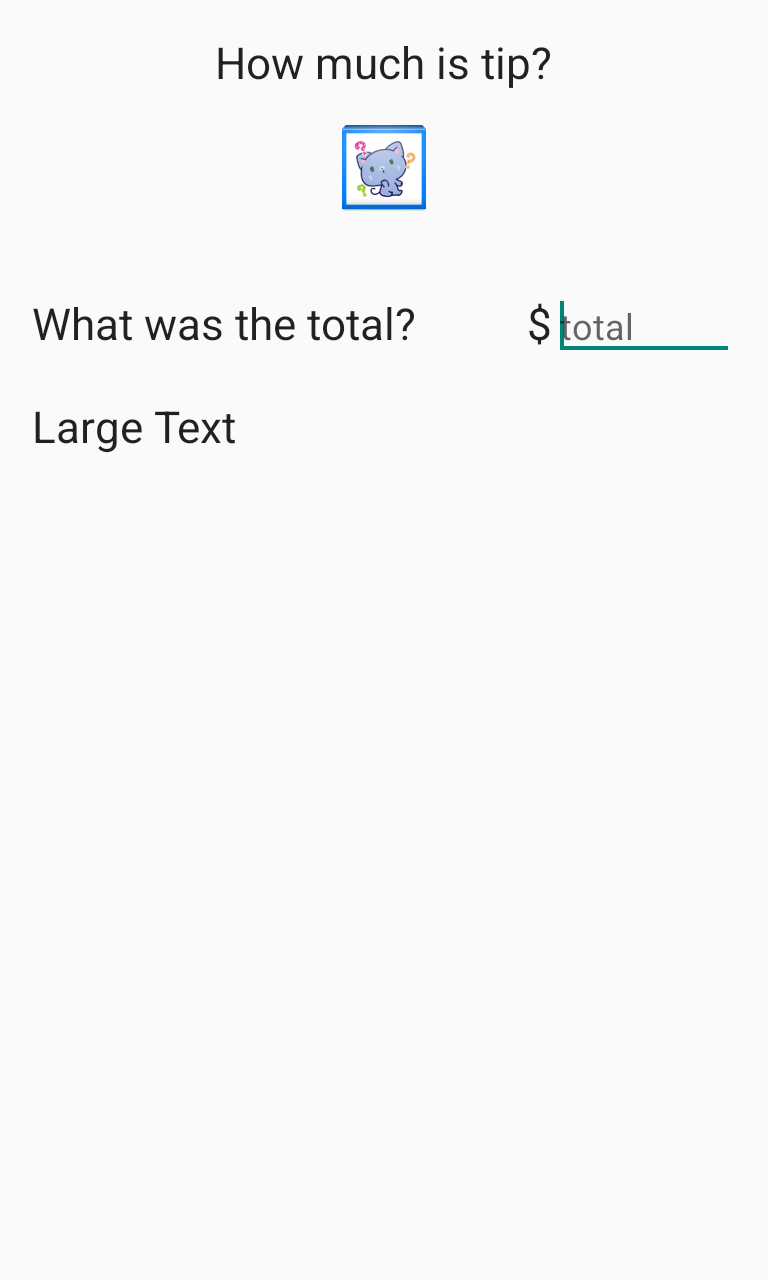
Repository: any027/BillHelper
Layout: BillHelper/res/layout/how_much_tip.xml
These files come from the project's save history. The layout is drawn as it stood at one moment and after the next save; the edit follows.
It is drawn on a 768 x 1280 px phone screen (xhdpi) without system bars, with theme AppTheme; the app's code is not run.

Above is the layout before, as saved 2015-06-29 08:40:41.

### BillHelper/res/layout/how_much_tip.xml

<RelativeLayout xmlns:android="http://schemas.android.com/apk/res/android"
    xmlns:tools="http://schemas.android.com/tools"
    android:layout_width="match_parent"
    android:layout_height="match_parent"
    android:paddingBottom="@dimen/activity_vertical_margin"
    android:paddingLeft="@dimen/activity_horizontal_margin"
    android:paddingRight="@dimen/activity_horizontal_margin"
    android:paddingTop="@dimen/activity_vertical_margin"
    tools:context="com.example.billhelper.MainActivity$PlaceholderFragment" >

    <TextView
        android:id="@+id/howMuchTitle"
        android:layout_width="wrap_content"
        android:layout_height="wrap_content"
        android:layout_centerHorizontal="true"
        android:text="@string/do_i_tip"
        android:textAppearance="?android:attr/textAppearanceLarge" />

    <ImageView
        android:id="@+id/how_much_pic"
        android:layout_width="wrap_content"
        android:layout_height="wrap_content"
        android:layout_below="@+id/howMuchTitle"
        android:layout_centerHorizontal="true"
        android:layout_marginTop="14dp"
        android:src="@drawable/how_much_tip" />

    <EditText
        android:id="@+id/how_much_total"
        android:layout_width="wrap_content"
        android:layout_height="wrap_content"
        android:layout_below="@+id/how_much_pic"
        android:layout_marginTop="33dp"
        android:layout_toRightOf="@+id/howMuchTitle"
        android:ems="10"
        android:hint="total"
        android:inputType="numberDecimal" >

        <requestFocus />
    </EditText>

    <TextView
        android:id="@+id/textView1"
        android:layout_width="wrap_content"
        android:layout_height="wrap_content"
        android:layout_alignBaseline="@+id/how_much_total"
        android:layout_alignBottom="@+id/how_much_total"
        android:layout_toLeftOf="@+id/how_much_total"
        android:text="$"
        android:textAppearance="?android:attr/textAppearanceLarge" />

    <TextView
        android:id="@+id/billQuestion"
        android:layout_width="wrap_content"
        android:layout_height="wrap_content"
        android:layout_alignBaseline="@+id/textView1"
        android:layout_alignBottom="@+id/textView1"
        android:layout_alignParentLeft="true"
        android:text="@string/bill_total"
        android:textAppearance="?android:attr/textAppearanceLarge" />

    <TextView
        android:id="@+id/textView2"
        android:layout_width="wrap_content"
        android:layout_height="wrap_content"
        android:layout_alignLeft="@+id/billQuestion"
        android:layout_below="@+id/how_much_total"
        android:layout_marginTop="16dp"
        android:text="Large Text"
        android:textAppearance="?android:attr/textAppearanceLarge" />

</RelativeLayout>

### BillHelper/res/values/strings.xml
<?xml version="1.0" encoding="utf-8"?>
<resources>

    <string name="app_name">Bill helper</string>
    <string name="title_section1">Home Screen</string>
    <string name="title_section2">How much do I tip?</string>
    <string name="title_section3">How much did I tip?</string>
    <string name="title_section4">I want to split the Bill</string>
    <string name="navigation_drawer_open">Open navigation drawer</string>
    <string name="navigation_drawer_close">Close navigation drawer</string>
    <string name="action_example">Example action</string>
    <string name="action_settings">Settings</string>
    <string name="welcome">Welcome to Bill Helper!</string>
    <string name="welcome_question">What do you need help with?</string>
    <string name="did_i_tip">How much did I tip?</string>
    <string name="do_i_tip">How much is tip?</string>
    <string name="splitting">I want to split the bill</string>
    <string name="bill_total">What was the total?</string>
    <string name="percent_tip">How much do you want to tip?</string>

</resources>

Loaded but not shown: BillHelper/res/values/styles.xml (common file); BillHelper/res/values-v11/styles.xml (common file); BillHelper/res/values-v14/styles.xml (common file); BillHelper/res/values/dimens.xml (common file); BillHelper/res/values-w820dp/dimens.xml (common file)

After the next save:
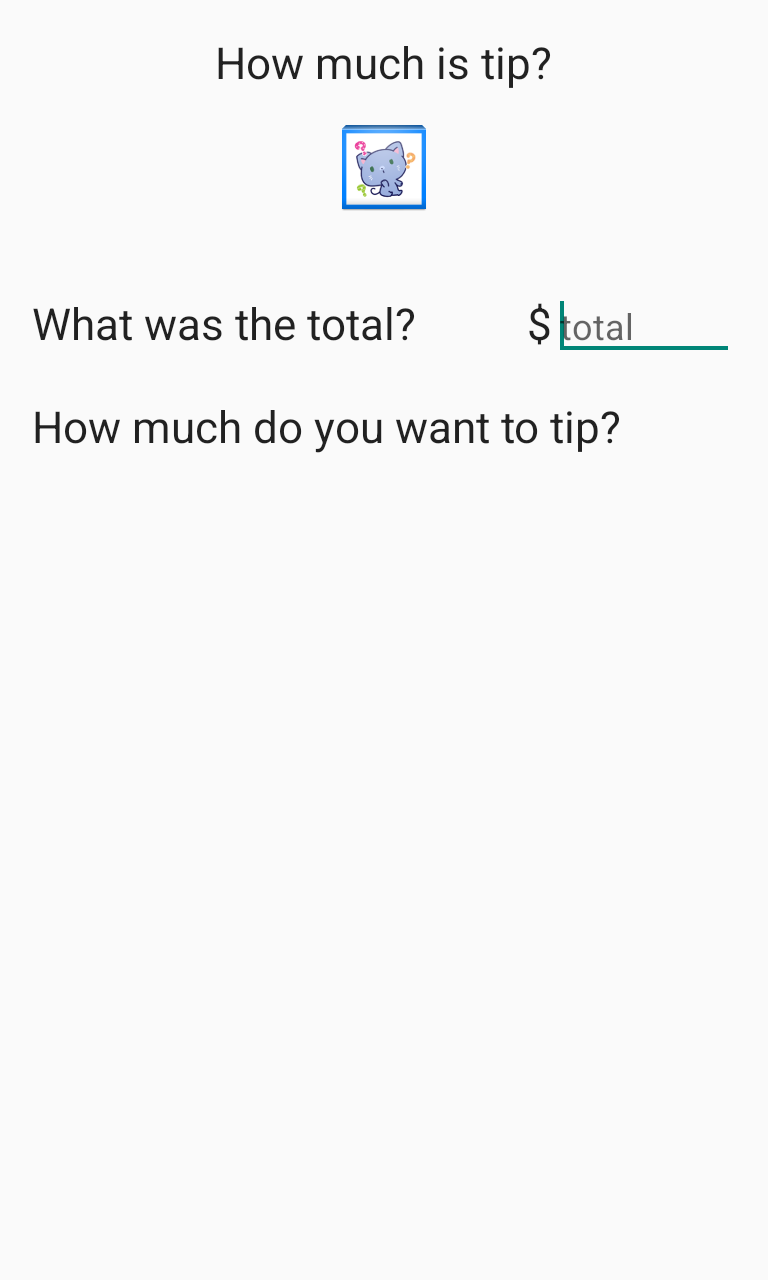
Saved 15 s later.
--- a/BillHelper/res/layout/how_much_tip.xml
+++ b/BillHelper/res/layout/how_much_tip.xml
@@ -67,7 +67,7 @@
         android:layout_alignLeft="@+id/billQuestion"
         android:layout_below="@+id/how_much_total"
         android:layout_marginTop="16dp"
-        android:text="Large Text"
+        android:text="@string/percent_tip"
         android:textAppearance="?android:attr/textAppearanceLarge" />
 
 </RelativeLayout>
